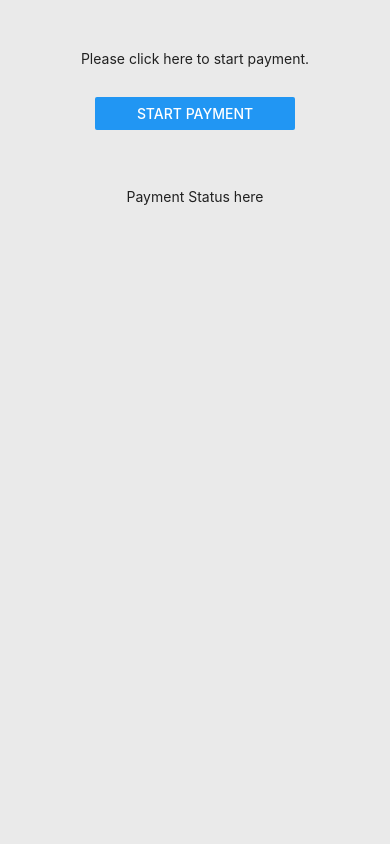
Repository: cashfree/pg-platform-custom-checkout
Screen: / (app in ReactNativeCustomCheckout/)
The author's editor kept a copy of each file at every save. The screen is drawn from the files as they stood at one save, then again after the next save.
The app was drawn by React Native's web renderer in a window 390 px wide. The project was rebuilt for these pictures with package versions that can differ from the ones it lists, and the page was loaded fresh each time.

Above is the screen before, as saved 2023-02-20 14:00:57.

After the next save:
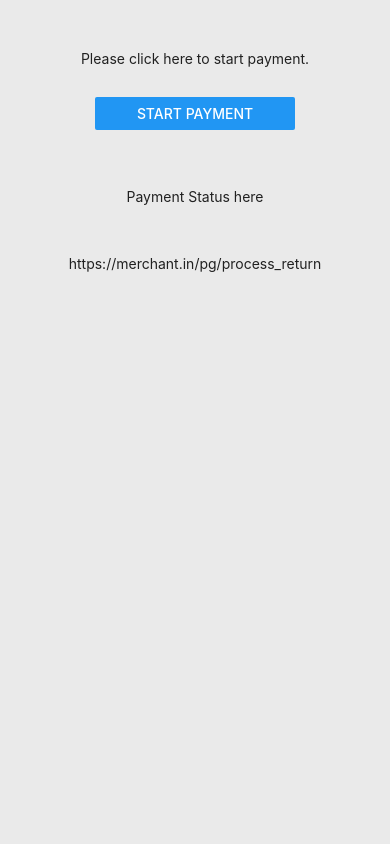
Saved 2 min 21 s later.
--- a/ReactNativeCustomCheckout/App.tsx
+++ b/ReactNativeCustomCheckout/App.tsx
@@ -12,20 +12,21 @@ import {NativeModules} from 'react-native';
 const {PaymentSDKApi} = NativeModules;
 
 function App(): JSX.Element {
+  var merchantReturnUrl = 'https://merchant.in/pg/process_return';
   function startCheckout() {
-    var returnUrl = 'https://merchant.in/pg/process_return';
     var sessionId =
       'session_n5O9jqgE5m-xr-4mHF-54PHvNvz9ClNw43QnmyO7PovpqGBVwfKz64t7M0B8UKnbDhJNO2jQzgxElZ11x9arPCtoIY05m8B78ROa8CE9pYP6';
     PaymentSDKApi.doPayment(
       sessionId,
-      returnUrl,
+      merchantReturnUrl,
       (paymentReturnUrl: any, paymentStatus: any) => {
-        console.log(paymentReturnUrl);
         setPaymentStatus(paymentStatus);
+        setpaymentReturnUrl(paymentReturnUrl);
       },
     );
   }
   const [paymentStatus, setPaymentStatus] = useState('Payment Status here');
+  const [paymentReturnUrl, setpaymentReturnUrl] = useState(merchantReturnUrl);
   return (
     <View style={styles.container}>
       <Text style={styles.text}> Please click here to start payment. </Text>
@@ -34,6 +35,7 @@ function App(): JSX.Element {
       </View>
 
       <Text style={styles.text}> {paymentStatus} </Text>
+      <Text style={styles.text}> {paymentReturnUrl} </Text>
     </View>
   );
 }
